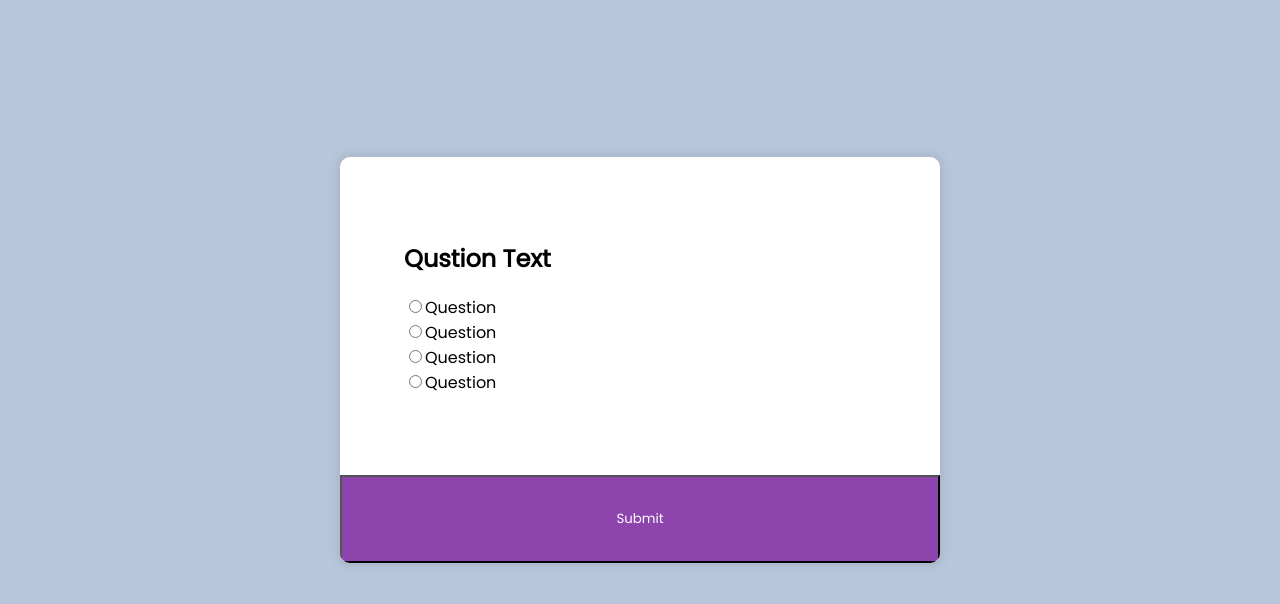
Repository: Abhi2359/Intermediate-projects
Page: Quiz App/index.html
The author's editor kept a copy of each file at every save. The page is drawn from the files as they stood at one save, then again after the next save.
The browser window is 1280 px wide. The pictures show the whole page.

Above is the page before, as saved 2023-01-31 14:13:35.

### Quiz App/index.html
<!DOCTYPE html>
<html lang="en">
  <head>
    <meta charset="UTF-8" />
    <meta http-equiv="X-UA-Compatible" content="IE=edge" />
    <meta name="viewport" content="width=device-width, initial-scale=1.0" />
    <title>Quiz App</title>
    <link rel="stylesheet" href="style.css">
  </head>
  <body>
    <div class="quiz-container">
      <div class="quiz-header">

        <h2 >Qustion Text</h2>
        <ul>
          <li>
            <input type="radio" name="answer" id="a" /><label for="a"
              >Question</label
            >
          </li>
          <li>
            <input type="radio" name="answer" id="b" /><label for="b"
              >Question</label
            >
          </li>
          <li>
            <input type="radio" name="answer" id="c" /><label for="c"
              >Question</label
            >
          </li>
          <li>
            <input type="radio" name="answer" id="d" /><label for="d"
              >Question</label
            >
          </li>
        </ul>
      </div>
      <button>Submit</button>
    </div>
  </body>
</html>

### Quiz App/style.css
@import url("https://fonts.googleapis.com/css2?family=Poppins&family=Roboto:wght@300;500;700;900&display=swap");

* {
  box-sizing: border-box;
}

body {
  font-family: "Poppins", sans-serif;
  margin: 0;
 background-color: #b8c6db;
 background-image: linear-gradient(315deg,#b8c6db 0% #f5f7fa 74%);
 min-height: 100vh;
 display: flex;
 align-items: center;
 justify-content: center;
}

.quiz-container{
  background-color: #fff ;
  width: 600px;
  border-radius: 10px;
  box-shadow: 0 0 10px 2px rgb(100,100,100,0.2);
  overflow: hidden;




}
 .quiz-header{
   padding: 4rem;
 }

 ul{
  list-style-type: none;
  padding: 0;

 }

 button{
  background-color: #8e44ad;
  display: block;
  width: 100%;
  padding: 2rem;
  color: white;
  font-family: inherit;
  bordr

 }

After the next save:
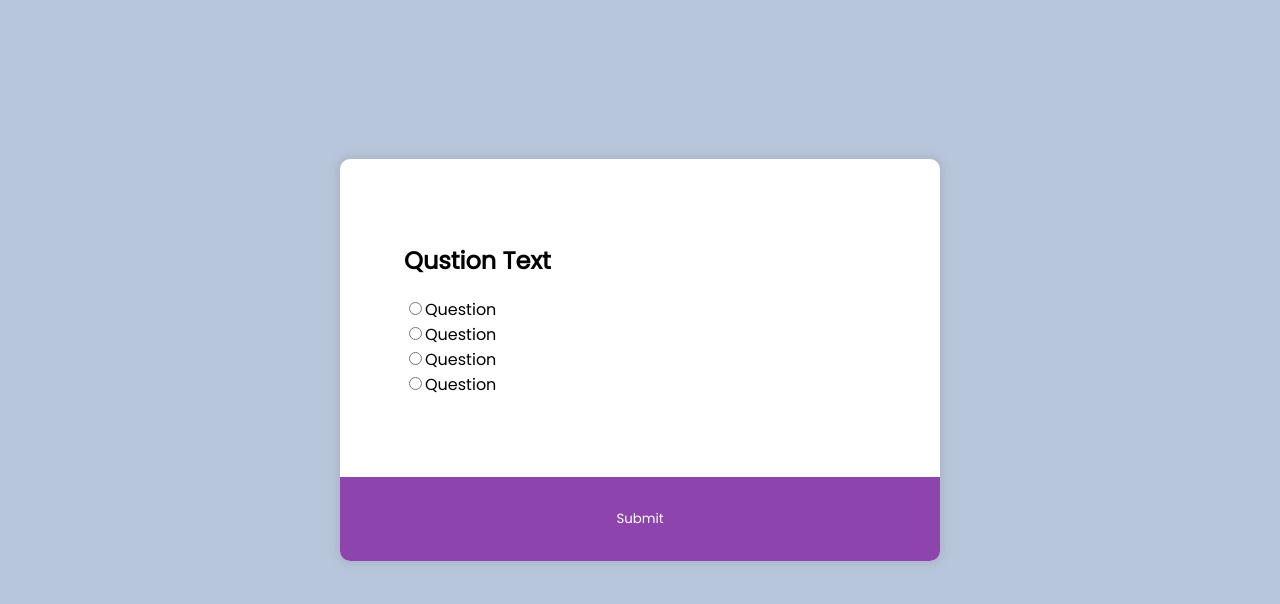
Saved 5 s later.
--- a/Quiz App/style.css
+++ b/Quiz App/style.css
@@ -43,6 +43,7 @@ body {
   padding: 2rem;
   color: white;
   font-family: inherit;
-  bordr
+  border: none;
+
 
  }
